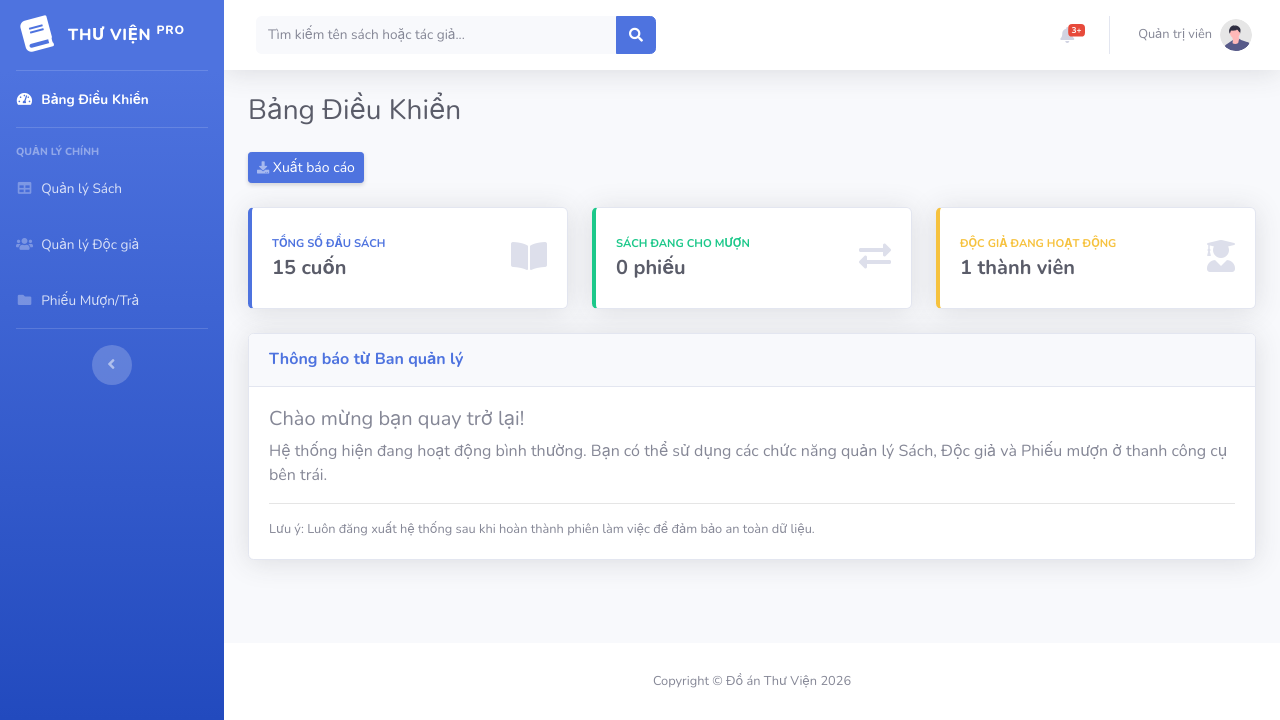
Repository: anhduong030409/LibraryManagement
Page: http://localhost/LibraryManagement/dashboard
The author's editor kept a copy of each file at every save. The page is drawn from the files as they stood at one save, then again after the next save.
The browser window is 1280 px wide. The pictures show the whole page.
The page is served by Tomcat 9. The database holds what the project's SQL file puts in it. Queries for data that is not in the repository find no rows.

Above is the page before, as saved 2026-03-17 08:49:16.

After the next save:
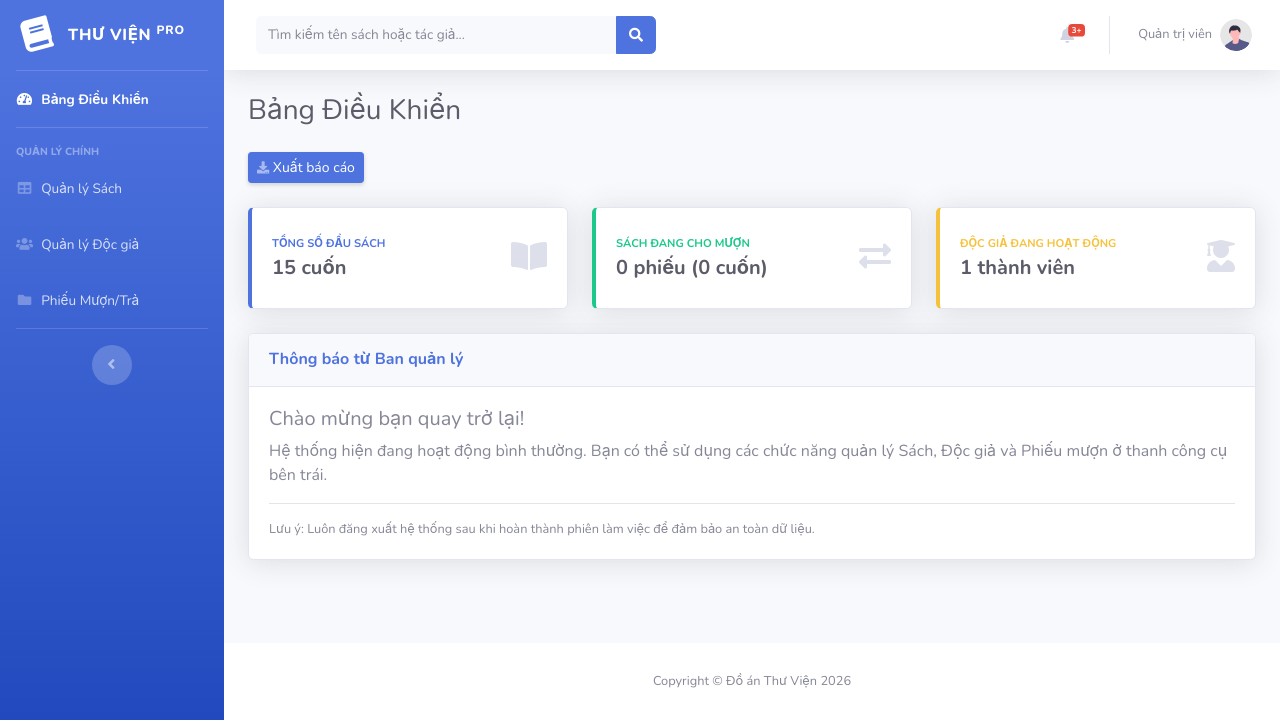
Saved 29 s later.
--- a/LibraryManagement/src/main/webapp/index_1.jsp
+++ b/LibraryManagement/src/main/webapp/index_1.jsp
@@ -66,15 +66,16 @@
 
 						<div class="col-xl-4 col-md-6 mb-4">
 							<a href="borrow" class="text-decoration-none">
-								<div class="card border-left-success shadow h-100 py-2">
+								<div
+									class="card border-left-success shadow h-100 py-2 card-stat">
 									<div class="card-body">
 										<div class="row no-gutters align-items-center">
 											<div class="col mr-2">
 												<div
-													class="text-xs font-weight-bold text-success text-uppercase mb-1">Sách
-													đang cho mượn</div>
-												<div class="h5 mb-0 font-weight-bold text-gray-800">${activeTickets}
-													phiếu</div>
+													class="text-xs font-weight-bold text-success text-uppercase mb-1">
+													Sách đang cho mượn</div>
+												<div class="h5 mb-0 font-weight-bold text-gray-800">
+													${activeTickets} phiếu (${activeBooks} cuốn)</div>
 											</div>
 											<div class="col-auto">
 												<i class="fas fa-exchange-alt fa-2x text-gray-300"></i>
